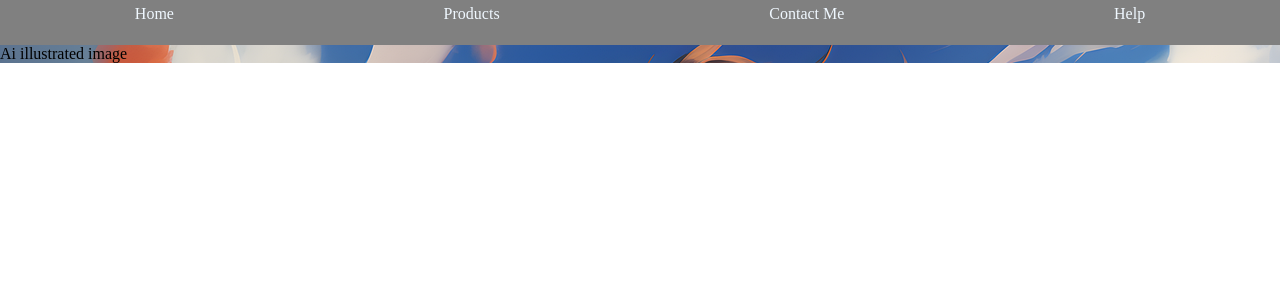
Repository: nihalani20/CSS-by-KG
Page: Practice set/Set-6/index.html
An editor plug-in stored every save of this project. The page is shown before and after the next save, followed by the edit.
The browser window is 1280 px wide. The pictures show the whole page.

Above is the page before, as saved 2023-11-27 16:01:29.

### Practice set/Set-6/index.html
<!DOCTYPE html>
<html lang="en">
<head>
    <meta charset="UTF-8">
    <meta name="viewport" content="width=device-width, initial-scale=1.0">
    <title>Practice level-6</title>
    <link rel="stylesheet" href="styles.css">
</head>
<body>
    <header >
        <!-- You do not need to declare id and class jest target the nav and apply flex -->
        <nav id="container">
            <a href ="#">Home</a>
            <a  href="#">Products</a>
            <a href="#">Contact Me</a>
            <a  href="#">Help</a>
        </nav>
    </header>

    <div id="image">Ai illustrated image
    </div>
</body>
</html>

### Practice set/Set-6/styles.css
*{
margin: 0;
   padding: 0;
}
nav a
{
   text-decoration: none;
   color:aliceblue;

}

#container{
   background-color:grey;
   height: 40px;
   padding-top: 5px;
   display: flex;
   justify-content: space-around;
}



#image{
   background-image:url(images/ai-generated-8188166_1280.png)
}

After the next save:
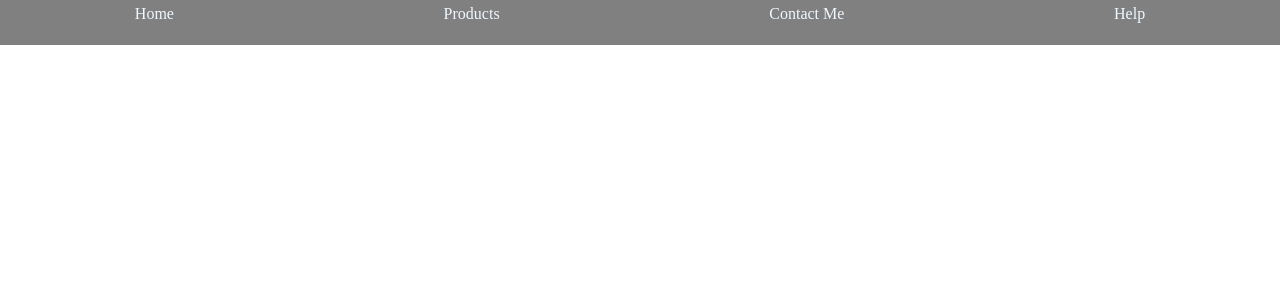
Saved 104 s later.
--- a/Practice set/Set-6/index.html
+++ b/Practice set/Set-6/index.html
@@ -17,7 +17,7 @@
         </nav>
     </header>
 
-    <div id="image">Ai illustrated image
+    <div id="image">
     </div>
 </body>
 </html>
